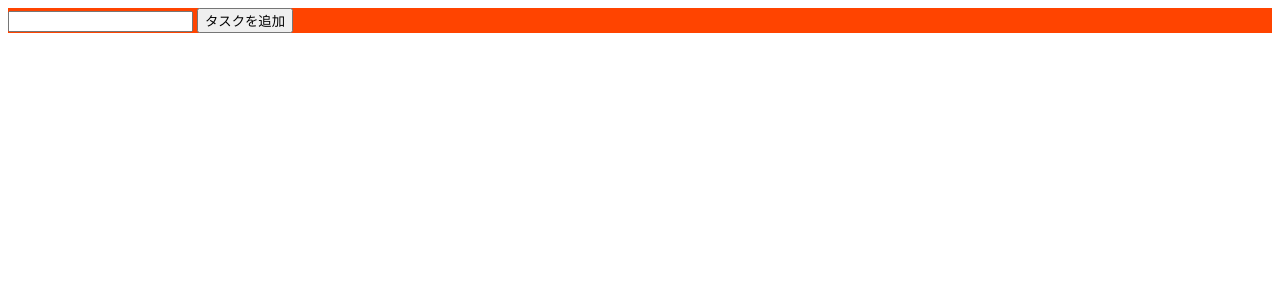
Repository: akira882/Todo-App-Github-flow
Page: todoApp.html
These files come from the project's save history. The page is drawn as it stood at one moment and after a run of saves; the edit follows.
The browser window is 1280 px wide. The pictures show the whole page.

Above is the page before, as saved 2024-02-17 16:57:49.

### todoApp.html
<!DOCTYPE html>
<html lang="ja">

<head>
  <meta charset="UTF-8">
  <meta name="viewport" content="width=device-width, initial-scale=1.0">
  <link rel="stylesheet" href="style.css">
  <title>Todo App</title>
</head>

<body>
  <div id="add-todo">
    <input type="text" name="Todo" id="input" />
    <button id="addTodo">タスクを追加</button>
  </div>

  <div>


  </div>

</body>

</html>

### style.css
#add-todo {
  background: #f40;
}

After the next 2 saves:
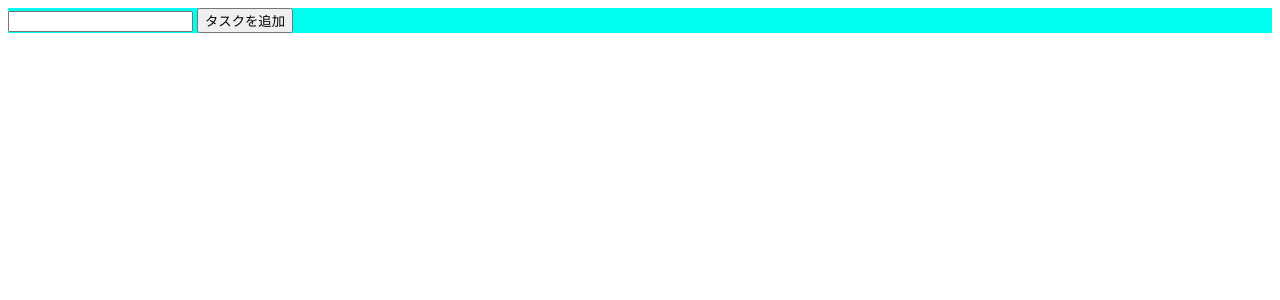
The 2 saves are shown as one change because they came seconds apart.
The last was saved 8 s later.
--- a/style.css
+++ b/style.css
@@ -1,3 +1,3 @@
 #add-todo {
-  background: #f40;
+  background: rgb(0, 255, 238);
 }
